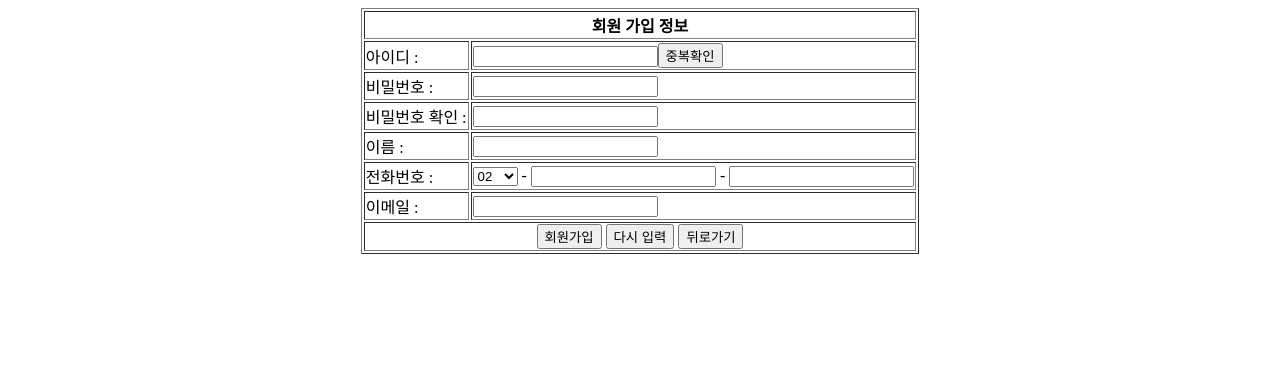
Repository: kdh3543/kh_SpringFramework
Page: http://localhost/Spring_04_Board/member/join
An editor plug-in stored every save of this project. The page is shown before and after the next save, followed by the edit.
The browser window is 1280 px wide. The pictures show the whole page.
The page is served by Tomcat 9. Other server files are loaded and not shown.

Above is the page before, as saved 2021-12-29 02:04:37.
Console error: SyntaxError: missing ) after argument list

### Spring_04_Board/src/main/webapp/WEB-INF/views/member/join.jsp
<%@ page language="java" contentType="text/html; charset=UTF-8"
	pageEncoding="UTF-8"%>
<%@ taglib prefix="c" uri="http://java.sun.com/jsp/jstl/core"%>
<!DOCTYPE html>
<html>
<head>
<meta charset="UTF-8">
<title>join</title>
<script src="https://code.jquery.com/jquery-3.6.0.js"></script>
</head>
<body>
	<form action="/signupProc/mem" method=post id=frm>
		<table border="1" align=center>
			<tr>
				<th colspan=2 align=center>회원 가입 정보
			</tr>
			<tr>
				<td class=title>아이디 :
				<td><input type=text id=id name=id><input type=button value=중복확인 id=check><span id=checkResult></span>
			</tr>
			<tr>
				<td class=title>비밀번호 :
				<td><input type=password id=pwd name=pwd>
			</tr>
			<tr>
				<td class=title>비밀번호 확인 :
				<td><input type=password id=repwd>
				<span id=result></span>
			</tr>
			<tr>
				<td class=title>이름 :
				<td><input type=text id=name name=name>
			</tr>
			<tr>
				<td class=title>전화번호 :
				<td>
					<select id=select name=select>
						<option>02
						<option>055
						<option>010
						<option>080
					</select>
					 - <input type=text id=num1 name=num1> - <input type=text id=num2 name=num2>
				</td>
			</tr>
			<tr>
				<td class=title>이메일 :
				<td><input type=text id=email name=email>
			</tr>
			<tr>
				<td colspan=2 align=center>
					<button type=submit>회원가입</button> <button type="reset">다시 입력</button> <a href="/"><button type=button>뒤로가기</button></a>
			</tr>
		</table>
	</form>
	<script>
		let frm = $("#frm");
		let id = $("#id");
		let pw = $("#pwd");
		let repw = $("#repwd");
		let checkResult = $("#checkResult");

		$(function(){
			$("#id").on("blur",function(){
				$.ajax({
					url:"/member/idDuplCheck",
					data:{id:id.val()}
				}).done(function(resp){
					if(resp="true"){
						checkResult.css("color","pink");
						checkResult.text(id.val()+"는 이미 사용중인 ID입니다.");
						id.val("");
						id.focus();
					}else{
						checkResult.css("color","dodgerblue");
						checkResult.text("사용가능한 ID 입니다.");
					}
				})
			})
		})

		frm.on("submit", function () {
	          let idRegex = /[a-z][a-z0-9]{5,10}/g;
	          let idResult = idRegex.test(id.val());
	          if (!idResult) {
	            alert("아이디를 제대로 입력해주세요.\n아이디는 6자리 이상 11자리 이하로 입력하셔야 하며\n첫자리는 숫자 입력을 하시거나 공백이 올 수 없습니다.");

	            id.val("");
	            id.focus();
	            return false;
	          }

	          let pwRegex = /[a-z0-9]{4}/;
	          let pwResult = pwRegex.test(pw2.val());
	          if (!pwResult) {
	            alert("패스워드는 4자리 이상 입력해주세요.");
	            pw1.val("");
	            pw2.val("");
	            pw1.focus();
	            return false;
	          }

	          let nameRegex = /[가-힣a-z]{2,5}/g;
	          let nameResult = nameRegex.test(name.val());
	          if (!nameResult) {
	            alert("이름을 제대로 입력해주세요.");
	            name.val("");
	            name.focus();
	            return false;
	          }
		}
	</script>
</body>
</html>

After the next save:
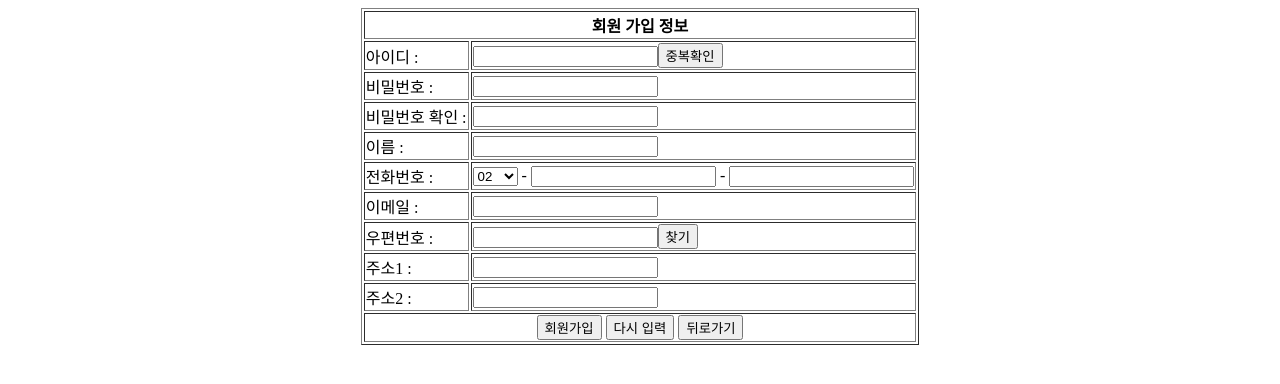
Saved 2 min 20 s later.
--- a/Spring_04_Board/src/main/webapp/WEB-INF/views/member/join.jsp
+++ b/Spring_04_Board/src/main/webapp/WEB-INF/views/member/join.jsp
@@ -47,6 +47,19 @@
 				<td class=title>이메일 :
 				<td><input type=text id=email name=email>
 			</tr>
+			<tr>
+				<td class=title>우편번호 :
+				<td><input type=text id=postcode name=postcode><input type=button value=찾기 id=search>
+			</tr>
+			<tr>
+				<td class=title>주소1 :
+				<td><input type=text id=adrs1 name=adrs1>
+			</tr>
+			<tr>
+				<td class=title>주소2 :
+				<td><input type=text id=adrs2 name=adrs2>
+			</tr>
+
 			<tr>
 				<td colspan=2 align=center>
 					<button type=submit>회원가입</button> <button type="reset">다시 입력</button> <a href="/"><button type=button>뒤로가기</button></a>
